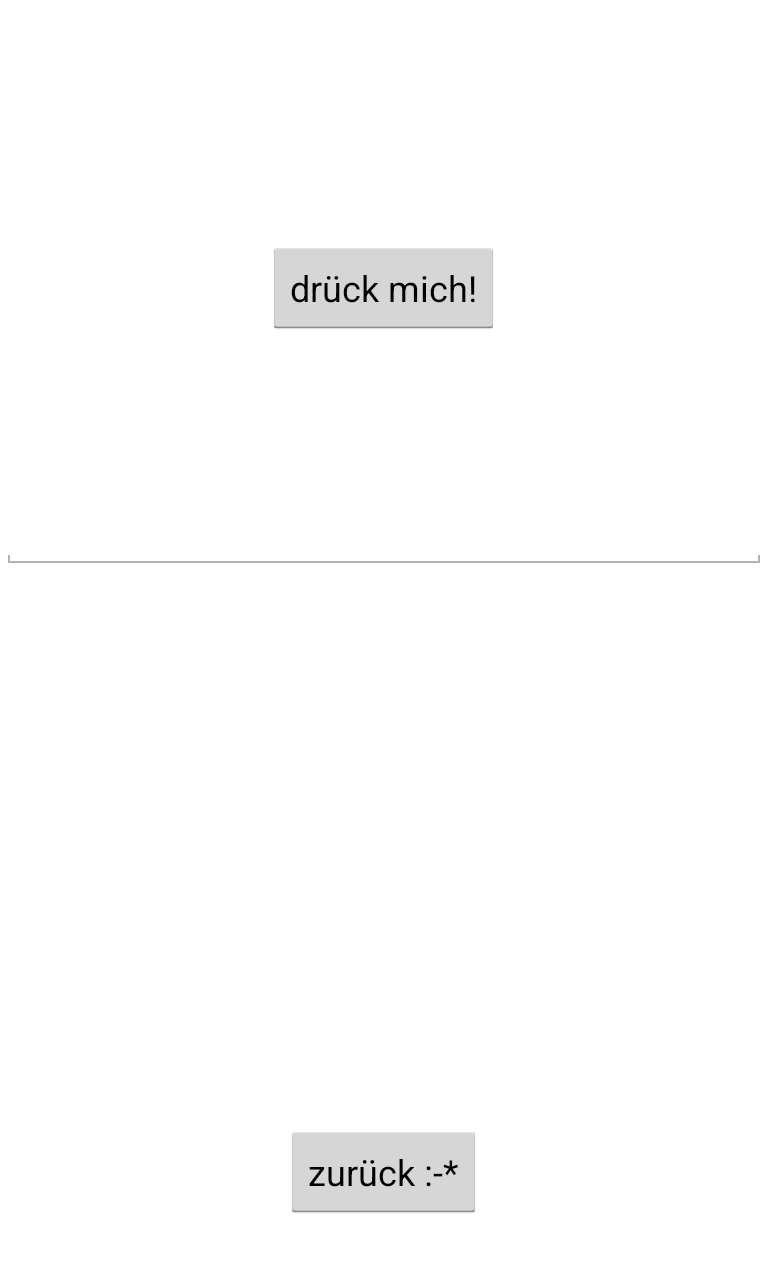
Repository: flashback2k12/ChristmasPresent
Layout: ChristmasPresent/res/layout/activity_first_coupon.xml
The author's editor kept a copy of each file at every save. The layout is drawn from the files as they stood at one save, then again after the next save.
It is drawn on a 768 x 1280 px phone screen (xhdpi) without system bars, with theme AppTheme; the app's code is not run.

Above is the layout before, as saved 2012-12-18 18:51:36.

### ChristmasPresent/res/layout/activity_first_coupon.xml
<?xml version="1.0" encoding="utf-8"?>
<RelativeLayout xmlns:android="http://schemas.android.com/apk/res/android"
    android:layout_width="match_parent"
    android:layout_height="match_parent">

    <Button
        android:id="@+id/button1FC"
        android:layout_width="wrap_content"
        android:layout_height="wrap_content"
        android:layout_alignParentTop="true"
        android:layout_centerHorizontal="true"
        android:layout_marginTop="120dp"
        android:onClick="BtnFirstCoupon"
        android:text="@string/button_standard" />

    <Button
        android:id="@+id/button1"
        android:layout_width="wrap_content"
        android:layout_height="wrap_content"
        android:layout_alignParentBottom="true"
        android:layout_centerHorizontal="true"
        android:layout_marginBottom="30dp"
        android:text="@string/button_zurueck"
        android:onClick="BtnZurueck"/>

    <EditText
        android:id="@+id/etGutschein1"
        android:layout_width="wrap_content"
        android:layout_height="wrap_content"
        android:layout_below="@+id/button1FC"
        android:layout_marginTop="78dp"
        android:ems="30"
        android:inputType="text" />

</RelativeLayout>

### ChristmasPresent/res/values-v11/styles.xml
<resources>

	<style  name="AppTheme" parent="android:Theme.Holo.Light" />

</resources>

### ChristmasPresent/res/values/strings.xml
<?xml version="1.0" encoding="utf-8"?>
<resources>

    <string name="app_name">Weihnachtsgeschenk</string>
    <string name="title_activity_main">Weihnachtsgeschenk</string><string name="menu_settings">Menü</string><string name="hello_schatz_z1">Ich wünsche dir alles liebe zum Weihnachtsfest mein Schatz. :-* </string>
    <string name="hello_schatz_z2">Ich hoffe, dass dir die nächsten Punkte gefallen werden!!! :-)</string>

    <string name="button_standard">drück mich!</string>
    <string name="button_zurueck">zurück :-*</string><string name="checkbox1">Gutschein 1</string>
    <string name="checkbox2">Gutschein 2</string>
    <string name="checkbox3">Gutschein 3</string>
    <string name="checkbox4">Gutschein 4</string>
    <string name="checkbox5">Gutschein 5</string>
    <string name="gutschein1">Ein Gutschein für einen Kinobesuch deiner Wahl!</string>
    <string name="gutschein2">Ein Gutschein zum Essen gehen deiner Wahl!</string>
    <string name="gutschein3">Ein Gutschein für eine Massage!</string>
    <string name="gutschein4">Ein Gutschein für ein Candlelight Dinner!</string>
    <string name="gutschein5">Ein Gutschein für 4 Knutsch-Fotos im Passbildautomat (Ecke Löffelfamilie)!</string>


</resources>

Loaded but not shown: ChristmasPresent/res/values-v14/styles.xml (common file); ChristmasPresent/res/values/styles.xml (common file)

After the next save:
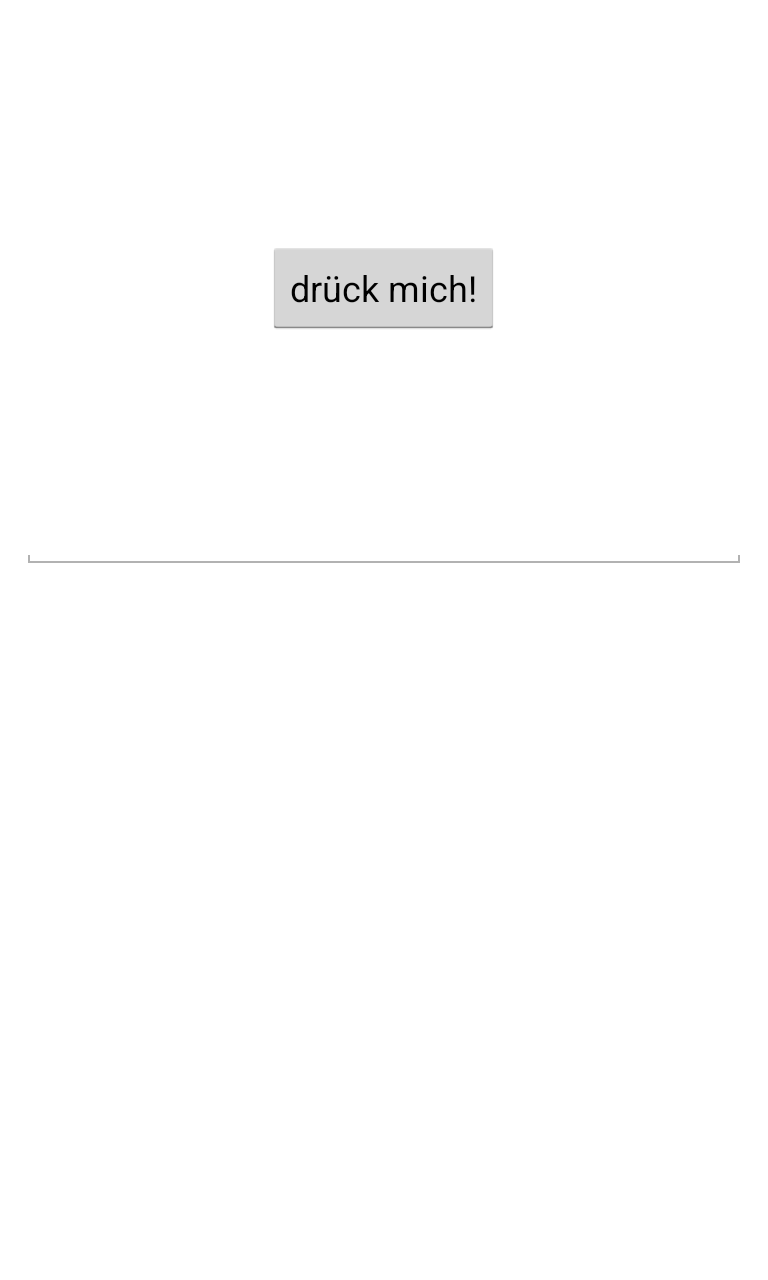
Saved 23 s later.
--- a/ChristmasPresent/res/layout/activity_first_coupon.xml
+++ b/ChristmasPresent/res/layout/activity_first_coupon.xml
@@ -13,21 +13,13 @@
         android:onClick="BtnFirstCoupon"
         android:text="@string/button_standard" />
 
-    <Button
-        android:id="@+id/button1"
-        android:layout_width="wrap_content"
-        android:layout_height="wrap_content"
-        android:layout_alignParentBottom="true"
-        android:layout_centerHorizontal="true"
-        android:layout_marginBottom="30dp"
-        android:text="@string/button_zurueck"
-        android:onClick="BtnZurueck"/>
-
     <EditText
         android:id="@+id/etGutschein1"
         android:layout_width="wrap_content"
         android:layout_height="wrap_content"
         android:layout_below="@+id/button1FC"
+        android:layout_marginLeft="10dp"
+        android:layout_marginRight="10dp"
         android:layout_marginTop="78dp"
         android:ems="30"
         android:inputType="text" />
